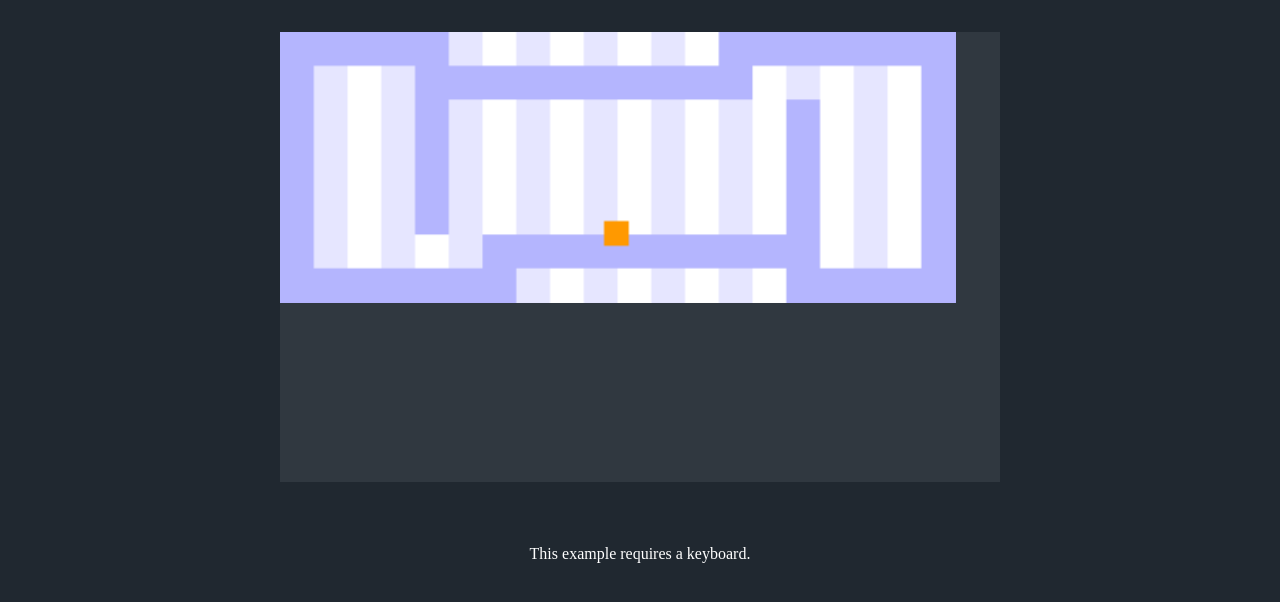
Repository: jh0l/WorldsHardestGame
Page: index.html
The author's editor kept a copy of each file at every save. The page is drawn from the files as they stood at one save, then again after the next save.
The browser window is 1280 px wide. The pictures show the whole page.

Above is the page before, as saved 2018-07-19 01:08:36.

### index.html
<html>

<head>

	<meta name="viewport" content="width=device-width">
	<link href="src/index.css" rel="stylesheet" type="text/css">

	<title>PoP Vlog - Top Down Tiles</title>

</head>

<body>

	<canvas></canvas>

	<p>This example requires a keyboard.</p>

	<script src="src/index.js" type="text/javascript"></script>

</body>

</html>

### src/index.css
* {
  box-sizing: border-box;
  margin: 0;
  padding: 0;
}

html {
  height: 100%;
  width: 100%;
}

body {
  align-content: space-around;
  background-color: #202830;
  color: #ffffff;
  display: grid;
  grid-template-columns: auto;
  grid-template-rows: auto auto auto auto;
  height: 100%;
  justify-content: space-around;
  text-align: center;
  width: 100%;
}

canvas {
  background-color: #303840;
  justify-self: center;
}

### src/index.js
(function() {
  "use strict";

  var controller, display, game;

  controller = {
    down: false,
    left: false,
    right: false,
    up: false,

    keyUpDown: function(event) {
      var key_state = event.type == "keydown" ? true : false;

      switch (event.keyCode) {
        case 65:
          controller.left = key_state;
          break; // left key
        case 87:
          controller.up = key_state;
          break; // up key
        case 68:
          controller.right = key_state;
          break; // right key
        case 83:
          controller.down = key_state;
          break; // down key
      }
    }
  };
  const tileValColor = (val, index) => {
    if (val === '0') {
      return (index + (game.world.columns % 2 === 0? 1 : 0)) % 2 === 0 ? "#e6e6ff": "#fff";
    }
    return "#b4b5fe" ;
  };
  display = {
    buffer: document.createElement("canvas").getContext("2d"),
    context: document.querySelector("canvas").getContext("2d"),
    output: document.querySelector("p"),

    render: function() {
      for (let index = game.world.map.length - 1; index > -1; --index) {
        this.buffer.fillStyle = tileValColor(game.world.map[index], index);
        this.buffer.fillRect(
          (index % game.world.columns) * game.world.tile_size,
          Math.floor(index / game.world.columns) * game.world.tile_size,
          game.world.tile_size,
          game.world.tile_size
        );
      }

      this.buffer.fillStyle = game.player.color;
      this.buffer.fillRect(
        game.player.x,
        game.player.y,
        game.player.width,
        game.player.height
      );

      this.context.drawImage(
        this.buffer.canvas,
        0,
        0,
        this.buffer.canvas.width,
        this.buffer.canvas.height,
        0,
        0,
        this.context.canvas.width,
        this.context.canvas.height
      );
    },

    resize: function(event) {
      var client_height = document.documentElement.clientHeight;

      display.context.canvas.width = document.documentElement.clientWidth - 32;

      if (display.context.canvas.width > client_height) {
        display.context.canvas.width = client_height;
      }

      display.context.canvas.height = Math.floor(
        display.context.canvas.width * 0.625
      );

      display.render();
    }
  };
  const playerSize = 11;
  game = {
    /* This is the player object. Make sure to note that for this collision method
    to work, you must record the current and last positions of your game objects
    to use in collision detection. It is used to calculate the vector used to determine
    if an object is entering into a collision tile and from what side. */
    player: {
      color: "#ff9900",
      height: playerSize,
      old_x: 160, // these are what you should take note of. Don't worry, it's useful
      old_y: 160, // to keep track of old positions for many physics methods. These aren't one trick pony's.
      speed: 3,
      velocity_x: 0,
      velocity_y: 0,
      width: playerSize,
      x: 160 - 16,
      y: 100 - 16,

      // These functions just make it easy to read the collision code
      get bottom() {
        return this.y + this.height;
      },
      get oldBottom() {
        return this.old_y + this.height;
      },
      get left() {
        return this.x;
      }, // kind of pointless, but used
      get oldLeft() {
        return this.old_x;
      }, // to help visualize the collision methods
      get right() {
        return this.x + this.width;
      },
      get oldRight() {
        return this.old_x + this.width;
      },
      get top() {
        return this.y;
      }, // equally pointless as left side calculations
      get oldTop() {
        return this.old_y;
      }
    },

    world: {
      map: []
      // the routing functions below with matching numbers

      // represent these tiles and route their values to
      // the collision methods you might expect based on their names
    },

    /* This object is responsible for getting the collision methods that match
    tile values in the map. It uses what I call routing functions to group reusable
    narrow phase collision methods together to create a variety of different tile
    boundary shapes. You can get the same effect with an array of routing functions rather
    than giving an object's routing functions numeric indexes, if you prefer. It might be faster. */
    collision: {
      // top wall collision tile
      1: function(object, row, column) {
        // The player hits the bottom of ceiling tiles.
        this.bottomCollision(object, row);
      },

      // left wall collision tile
      2: function(object, row, column) {
        this.rightCollision(object, column);
      },

      // right wall collision tile
      3: function(object, row, column) {
        // The player collides with the left side of a wall on the right of the map.
        this.leftCollision(object, column); // Confusing to visualize, but true.
      },

      // bottom wall collision tile
      4: function(object, row, column) {
        this.topCollision(object, row);
      },

      // block tile with four walls
      5: function(object, row, column) {
        /* It makes sense to test the most likely side to be collided with first.
        In a top down game, all sides are hit about the same number of times, depending
        on gameplay, but in a side scroller with downward pulling gravity, the tops of
        tiles will usually get the most traffic, so it makes sense to test the tops
        first in those scenarios. */
        if (this.topCollision(object, row)) {
          return;
        } // Make sure to early out
        if (this.leftCollision(object, column)) {
          return;
        } // if a collision is detected.
        if (this.rightCollision(object, column)) {
          return;
        }
        this.bottomCollision(object, row); // No need to early out on the last check.
      },
      // left and right only
      6: function(object, row, column) {
        if (this.leftCollision(object, column)) {
          return;
        }
        this.rightCollision(object, column);
      },
      // left, right and bottom only
      7: function(object, row, column) {
        if (this.leftCollision(object, column)) {
          return;
        }
        if (this.rightCollision(object, column)) {
          return;
        }
        this.bottomCollision(object, row); // No need to early out on the last check.
      },
      //left right and top only
      8: function(object, row, column) {
        if (this.leftCollision(object, column)) {
          return;
        }
        if (this.rightCollision(object, column)) {
          return;
        }
        this.topCollision(object, row); // No need to early out on the last check.
      },
      //left and top
      9: function(object, row, column) {
        if (this.leftCollision(object, column)) {
          return;
        }
        this.topCollision(object, row); // No need to early out on the last check.
      },
      //bottom and right
      a: function(object, row, column) {
        if (this.rightCollision(object, column)) {
          return;
        }
        this.bottomCollision(object, row); // No need to early out on the last check.
      },

      /* Here are the narrow phase collision detection and response functions.
      For a deeper insight into how these work, and what's going on, I'm using
      leftCollision as an example. The principles I explain here apply to all
      of the other narrow phase collision methods. Note that they're basically
      doing the same thing, just for different flat sides of a tile. */
      leftCollision(object, column) {
        /* To calculate the player's movement vector, I'm no longer using its velocity (like in the last tutorial).
        Instead, I'm going to calculate it based on it's current and last positions.
        the old way was if (object.velocity_x > 0), now it's if (object.x - object.old_x > 0).
        This is a bit more reliable in my opinion, depending on how and when you calculate your velocity. */

        /* If the object is not moving right, how will it ENTER into the left side of a tile?
        If not moving right, the player can't possibly ENTER the left side of a tile.
        We are only concerned with resolving collisions objects ENTER into. If they are spawned
        inside a collision tile, it is not the collision manager's job to resolve that, it is
        the level designer's job to fix the level design so collision can be as efficient as possible. */
        if (object.x - object.old_x > 0) {
          // the left side of the specified tile column
          var left = column * game.world.tile_size;

          /* This tests to see if our object is ENTERING through the collision boundary
          along the correct movement vector. If its current position is past the boundary
          and its old position is before the boundary, we know that it has entered into collision with the tile. */
          if (object.right > left && object.oldRight <= left) {
            object.velocity_x = 0;
            object.x = object.old_x = left - object.width - 0.001;
            /* You really don't need to reset the player's old position here if you are
            setting it at the start of each game loop, but if you are using a fixed time step
            game loop with interpolation, it will make your collisions look more pixel perfect.
            The reason for this is because with interpolation, your player may be drawn slightly
            away from the wall he just collided with on the next frame of animation depending on
            how much time has passed. So, you don't need to do this, but it doesn't hurt. It may
            be a problem if you end up changing old positions for player to player collisions as well,
            however, because old positions are used to calculate vectors for tile collision.
            Just make sure changing old positions are the last thing you do before the next frame,
            and you should be fine. */

            return true;
          }
        }

        return false;
      },

      rightCollision(object, column) {
        if (object.x - object.old_x < 0) {
          // the right side of the specified tile column
          var right = (column + 1) * game.world.tile_size;

          if (object.left < right && object.oldLeft >= right) {
            object.velocity_x = 0;
            object.old_x = object.x = right;

            return true;
          }
        }

        return false;
      },

      bottomCollision(object, row) {
        // if the object is moving up
        if (object.y - object.old_y < 0) {
          var bottom = (row + 1) * game.world.tile_size;

          if (object.top < bottom && object.oldTop >= bottom) {
            object.velocity_y = 0;
            object.old_y = object.y = bottom;
          }
        }
      },

      topCollision(object, row) {
        // if the object is moving down
        if (object.y - object.old_y > 0) {
          // the top side of the specified tile row
          var top = row * game.world.tile_size;

          // if the object has passed through the tile boundary since the last game cycle
          if (object.bottom > top && object.oldBottom <= top) {
            object.velocity_y = 0;
            object.old_y = object.y = top - object.height - 0.01;

            return true;
          }
        }

        return false;
      }
    },

    // The game loop:
    loop: function() {
      // Get controller input and move that player object!
      if (controller.down) {
        game.player.velocity_y += game.player.speed;
      }

      if (controller.up) {
        game.player.velocity_y -= game.player.speed;
      }

      if (controller.left) {
        game.player.velocity_x -= game.player.speed;
      }

      if (controller.right) {
        game.player.velocity_x += game.player.speed;
      }

      // Update the player object:
      game.player.old_x = game.player.x; // Set the old position to the current position
      game.player.old_y = game.player.y; // before we update the current position, thus making it current

      game.player.x += game.player.velocity_x; // Update the current position
      game.player.y += game.player.velocity_y;

      // Do collision detection and response with the boundaries of the screen.
      // if (game.player.x < 0) {
      //   game.player.velocity_x = 0;
      //   game.player.old_x = game.player.x = 0;
      // } else if (
      //   game.player.x + game.player.width >
      //   display.buffer.canvas.width
      // ) {
      //   game.player.velocity_x = 0;
      //   game.player.old_x = game.player.x =
      //     display.buffer.canvas.width - game.player.width - 0.001;
      //   /* I added that - 0.001 to the equation to really push the player object back into
      //   the game world. If the edge of the world is 320 px, and you set the right edge of
      //   the player obect to 320, technically its tile position will be 1 tile to the right of
      //   the edge of the world when calculated. Say there are 10 columns in the map, and each
      //   tile is 32 pixels wide. 320/32 is 10, but since our map index starts at 0, a value of 10
      //   falls outside of the map's number of columns. Failing to handle this can result in
      //   testing collision on tiles in another row, or tiles at undefined positions in the map array.*/
      // }

      if (game.player.y < 0) {
        game.player.velocity_y = 0;
        game.player.old_y = game.player.y = 0;
      } else if (
        game.player.y + game.player.height >
        display.buffer.canvas.height
      ) {
        game.player.velocity_y = 0;
        game.player.old_y = game.player.y =
          display.buffer.canvas.height - game.player.height - 0.001;
      }

      /* Here is where we do broadphase collision detection with the four corners of
      our player object. This is very important. In the last tutorial the player only
      had 1 collision registration point. Collision was simple, then. Now, it's just as
      simple, but we need to do it for each corner of our player object. */

      /* Once again, there's no point of testing collision if we're not moving. depending
      on which direction we are moving we must test different collision registration points
      on our player. For instance, if he is moving left, we test the points on his left side: */
      if (game.player.x - game.player.old_x < 0) {
        // test collision on left side of player if moving left

        /* There are much more efficient ways to write this code without repeating
        variable names and this big monsterous block of if statements, but I thought it
        would be good to have specific variable names and less abstraction so you can
        get an idea of what's going on. */
        var left_column = Math.floor(game.player.left / game.world.tile_size);
        var bottom_row = Math.floor(game.player.bottom / game.world.tile_size);
        var value_at_index =
          game.world.map[bottom_row * game.world.columns + left_column];

        if (value_at_index != 0) {
          // Check the bottom left point

          game.collision[value_at_index](game.player, bottom_row, left_column);
          display.output.innerHTML =
            "last tile collided with: " + value_at_index;
        }

        var top_row = Math.floor(game.player.top / game.world.tile_size);
        value_at_index =
          game.world.map[top_row * game.world.columns + left_column];

        if (value_at_index != 0) {
          // Check the top left point

          game.collision[value_at_index](game.player, top_row, left_column);
          display.output.innerHTML =
            "last tile collided with: " + value_at_index;
        }
      } else if (game.player.x - game.player.old_x > 0) {
        // Is the player moving right?

        var right_column = Math.floor(game.player.right / game.world.tile_size);
        var bottom_row = Math.floor(game.player.bottom / game.world.tile_size);
        var value_at_index =
          game.world.map[bottom_row * game.world.columns + right_column];

        if (value_at_index != 0) {
          // Check the bottom right point

          game.collision[value_at_index](game.player, bottom_row, right_column);
          display.output.innerHTML =
            "last tile collided with: " + value_at_index;
        }

        var top_row = Math.floor(game.player.top / game.world.tile_size);
        value_at_index =
          game.world.map[top_row * game.world.columns + right_column];

        if (value_at_index != 0) {
          // Check the top right point

          game.collision[value_at_index](game.player, top_row, right_column);
          display.output.innerHTML =
            "last tile collided with: " + value_at_index;
        }
      }

      if (game.player.y - game.player.old_y < 0) {
        var left_column = Math.floor(game.player.left / game.world.tile_size);
        var top_row = Math.floor(game.player.top / game.world.tile_size);
        var value_at_index =
          game.world.map[top_row * game.world.columns + left_column];

        if (value_at_index != 0) {
          // Check the top left point

          game.collision[value_at_index](game.player, top_row, left_column);
          display.output.innerHTML =
            "last tile collided with: " + value_at_index;
        }

        var right_column = Math.floor(game.player.right / game.world.tile_size);
        value_at_index =
          game.world.map[top_row * game.world.columns + right_column];

        if (value_at_index != 0) {
          // Check the top right point

          game.collision[value_at_index](game.player, top_row, right_column);
          display.output.innerHTML =
            "last tile collided with: " + value_at_index;
        }
      } else if (game.player.y - game.player.old_y > 0) {
        var left_column = Math.floor(game.player.left / game.world.tile_size);
        var bottom_row = Math.floor(game.player.bottom / game.world.tile_size);
        var value_at_index =
          game.world.map[bottom_row * game.world.columns + left_column];

        if (value_at_index != 0) {
          // Check the bottom left point

          game.collision[value_at_index](game.player, bottom_row, left_column);
          display.output.innerHTML =
            "last tile collided with: " + value_at_index;
        }

        var right_column = Math.floor(game.player.right / game.world.tile_size);
        value_at_index =
          game.world.map[bottom_row * game.world.columns + right_column];

        if (value_at_index != 0) {
          // Check the bottom right point

          game.collision[value_at_index](game.player, bottom_row, right_column);
          display.output.innerHTML =
            "last tile collided with: " + value_at_index;
        }
      }

      game.player.velocity_x = 0;
      game.player.velocity_y = 0;

      display.render();

      window.requestAnimationFrame(game.loop);
    }
  };

  display.buffer.canvas.height = 200;
  display.buffer.canvas.width = 320;

  window.addEventListener("resize", display.resize);
  window.addEventListener("keydown", controller.keyUpDown);
  window.addEventListener("keyup", controller.keyUpDown);

  display.resize();
  // 1s are ceiling tiles
  // 2s and 3s are right and left wall tiles
  // 5 is a solid block/box tile
  // 4 is a floor tile
  const mapStr = `
11111000000001111111
2000311111111a000003
20006000000000080003
20006000000000060003
20006000000000060003
20007000000000060003
20000094444444420003
14444410000000014441
`;
  const map = mapStr
    .slice(1, -1)
    .replace(/\n/g, "")
    .split("");
  game.world = Object.assign(game.world, {
    columns: mapStr.split("\n")[1].length,
    rows: 5,
    tile_size: 15,
    map
  });
  game.loop();
})();

After the next save:
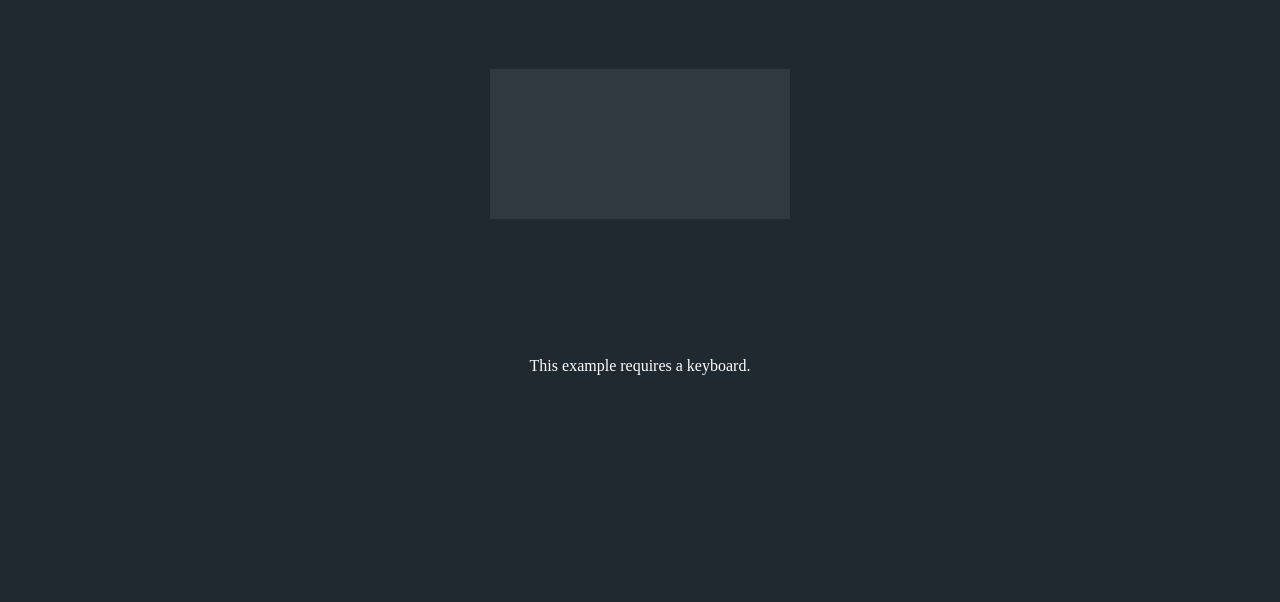
Console error: SyntaxError: Unexpected token ';'
Saved 81 s later.
--- a/src/index.js
+++ b/src/index.js
@@ -30,7 +30,7 @@
   };
   const tileValColor = (val, index) => {
     if (val === '0') {
-      return (index + (game.world.columns % 2 === 0? 1 : 0)) % 2 === 0 ? "#e6e6ff": "#fff";
+      return (index + game.world.columns % 2 === 0 ? "#e6e6ff": "#fff";
     }
     return "#b4b5fe" ;
   };

After the save that followed:
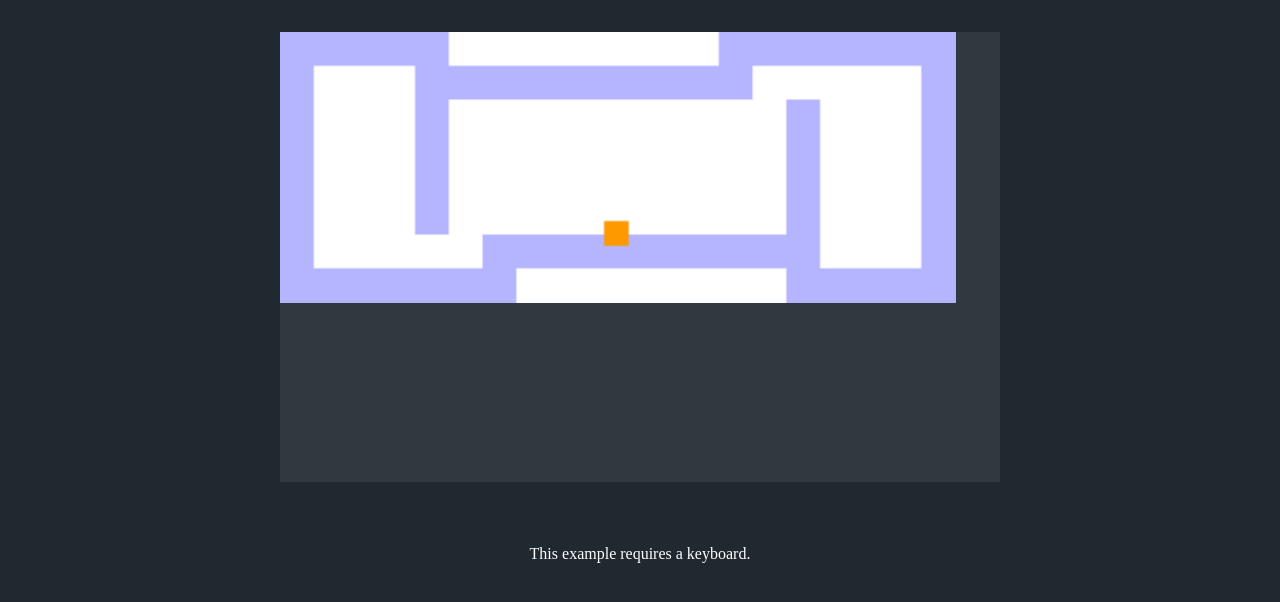
The error is gone.
Saved 8 s later.
--- a/src/index.js
+++ b/src/index.js
@@ -30,7 +30,7 @@
   };
   const tileValColor = (val, index) => {
     if (val === '0') {
-      return (index + game.world.columns % 2 === 0 ? "#e6e6ff": "#fff";
+      return index + game.world.columns % 2 === 0 ? "#e6e6ff": "#fff";
     }
     return "#b4b5fe" ;
   };
